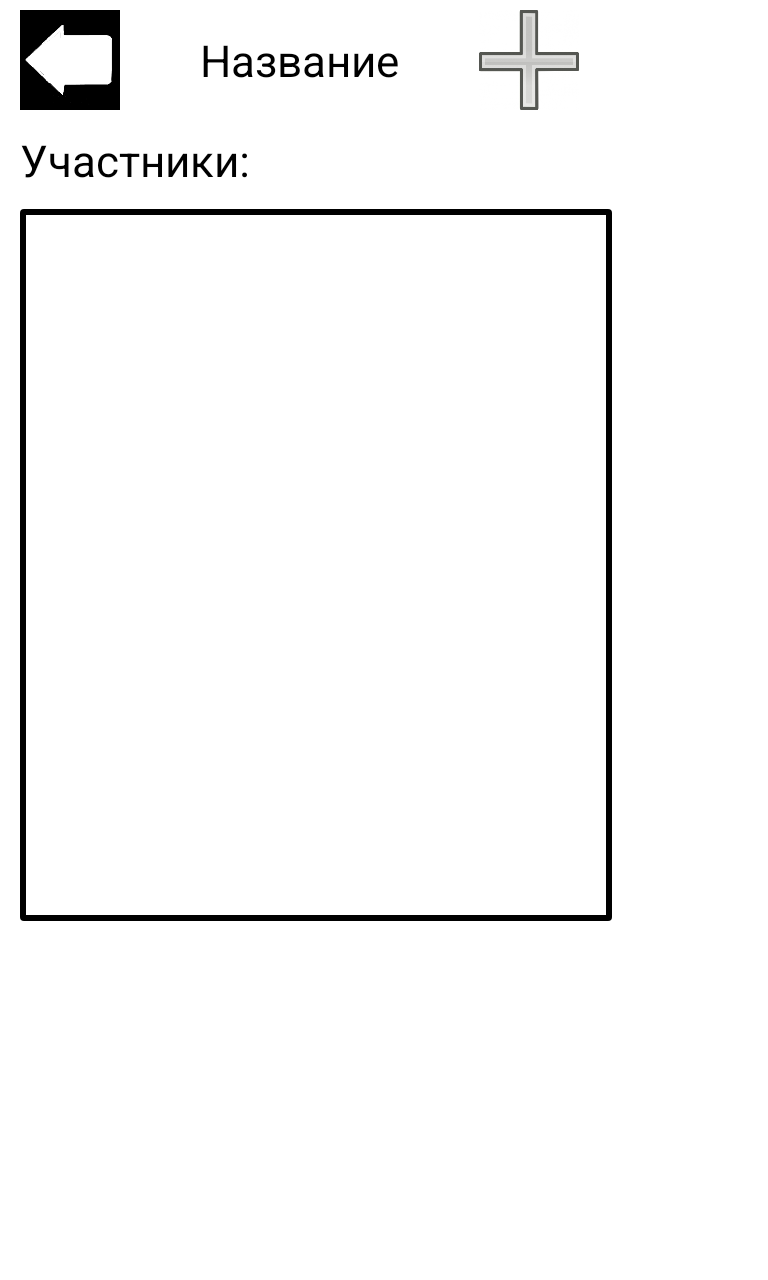
Repository: webguild/RedmineMobile
Layout: Android/RedmineAndroid/res/layout/project_settings_worker.xml
These files come from the project's save history. The layout is drawn as it stood at one moment and after the next save; the edit follows.
It is drawn on a 768 x 1280 px phone screen (xhdpi) without system bars, with theme AppTheme; the app's code is not run. Lists and similar views that code fills are empty.

Above is the layout before, as saved 2013-01-21 15:06:55.

### Android/RedmineAndroid/res/layout/project_settings_worker.xml
<?xml version="1.0" encoding="utf-8"?>
<LinearLayout xmlns:android="http://schemas.android.com/apk/res/android"
    android:layout_width="match_parent"
    android:layout_height="match_parent"
    android:background="#FFF"
    android:orientation="vertical"
    android:paddingBottom="5dp"
    android:paddingLeft="10dp"
    android:paddingRight="10dp"
    android:paddingTop="5dp" >

    <LinearLayout
        android:layout_width="match_parent"
        android:layout_height="wrap_content" >

        <Button
            android:id="@+id/button1"
            android:layout_width="50dp"
            android:layout_height="50dp"
            android:background="@drawable/backbutton" />

        <TextView
            android:id="@+id/textView1"
            android:layout_width="wrap_content"
            android:layout_height="wrap_content"
            android:layout_gravity="center"
            android:layout_marginLeft="40dp"
            android:text="Название"
            android:textAppearance="?android:attr/textAppearanceLarge" />

        <Button
            android:id="@+id/button2"
            android:layout_width="50dp"
            android:layout_height="50dp"
            android:layout_gravity="right"
            android:layout_marginLeft="40dp"
            android:background="@drawable/greyplus" />
    </LinearLayout>

    <TextView
        android:id="@+id/textView2"
        android:layout_width="wrap_content"
        android:layout_height="wrap_content"
        android:layout_marginTop="10dp"
        android:text="Участники:"
        android:textAppearance="?android:attr/textAppearanceLarge" />

    <FrameLayout
        android:layout_width="wrap_content"
        android:layout_height="wrap_content"
        android:layout_marginTop="10dp"
        android:background="@drawable/customborder" >

        <ScrollView
            android:layout_width="fill_parent"
            android:layout_height="fill_parent"
            android:background="#fff" >

            <FrameLayout
                android:layout_width="290dp"
                android:layout_height="wrap_content"
                 >

                <ListView
                    android:id="@+id/listView1"
                    android:layout_width="290dp"
                    android:layout_height="350dp"
                    android:background="#fff" >
                </ListView>
            </FrameLayout>
        </ScrollView>

    </FrameLayout>

</LinearLayout>

### Android/RedmineAndroid/res/drawable/customborder.xml
<?xml version="1.0" encoding="utf-8"?>
<shape xmlns:android="http://schemas.android.com/apk/res/android"
    android:shape="rectangle" >
   <corners android:radius="2dp"/>
   <padding android:left="3dp" android:right="3dp" android:top="3dp" android:bottom="3dp"/>
   <solid android:color="#000000"/>


</shape>

Loaded but not shown: Android/RedmineAndroid/res/values/styles.xml (common file); Android/RedmineAndroid/res/values-v11/styles.xml (common file)

After the next save:
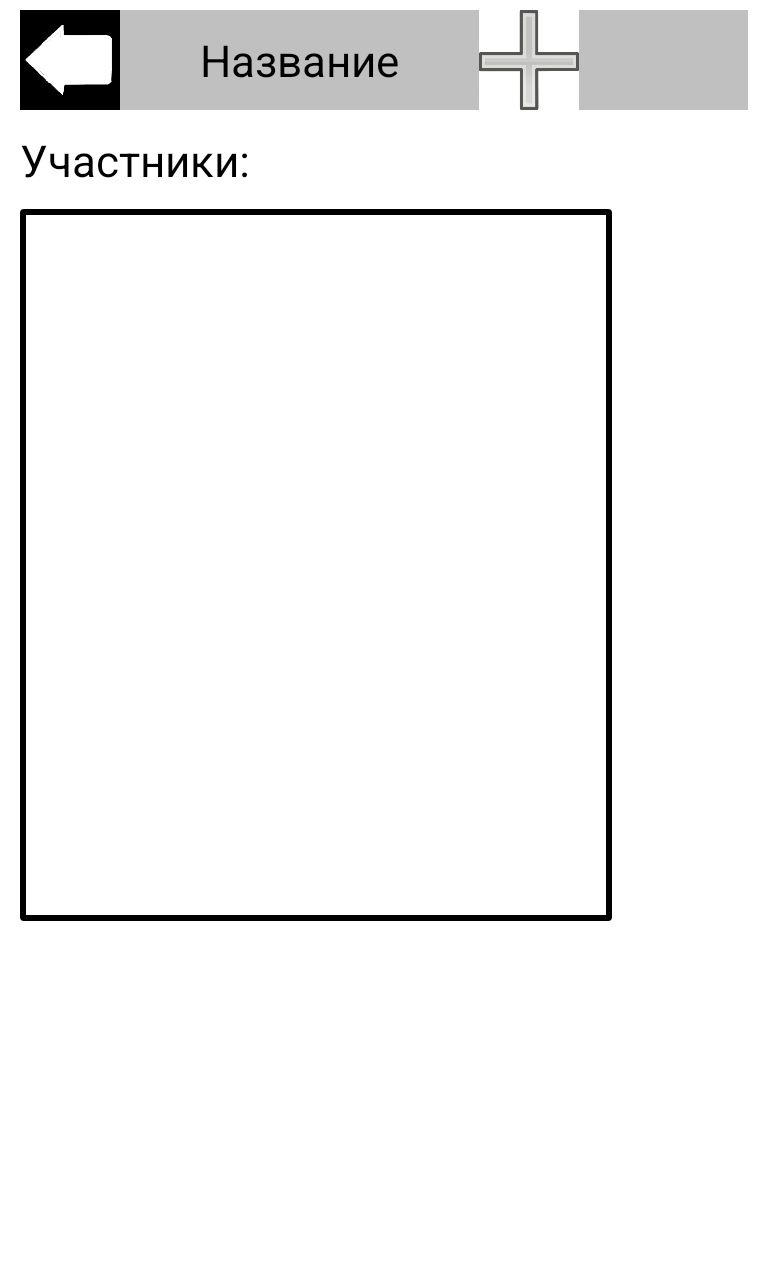
Saved 7 min 45 s later.
--- a/Android/RedmineAndroid/res/layout/project_settings_worker.xml
+++ b/Android/RedmineAndroid/res/layout/project_settings_worker.xml
@@ -11,7 +11,8 @@
 
     <LinearLayout
         android:layout_width="match_parent"
-        android:layout_height="wrap_content" >
+        android:layout_height="wrap_content"
+        android:background="#C0C0C0" >
 
         <Button
             android:id="@+id/button1"
